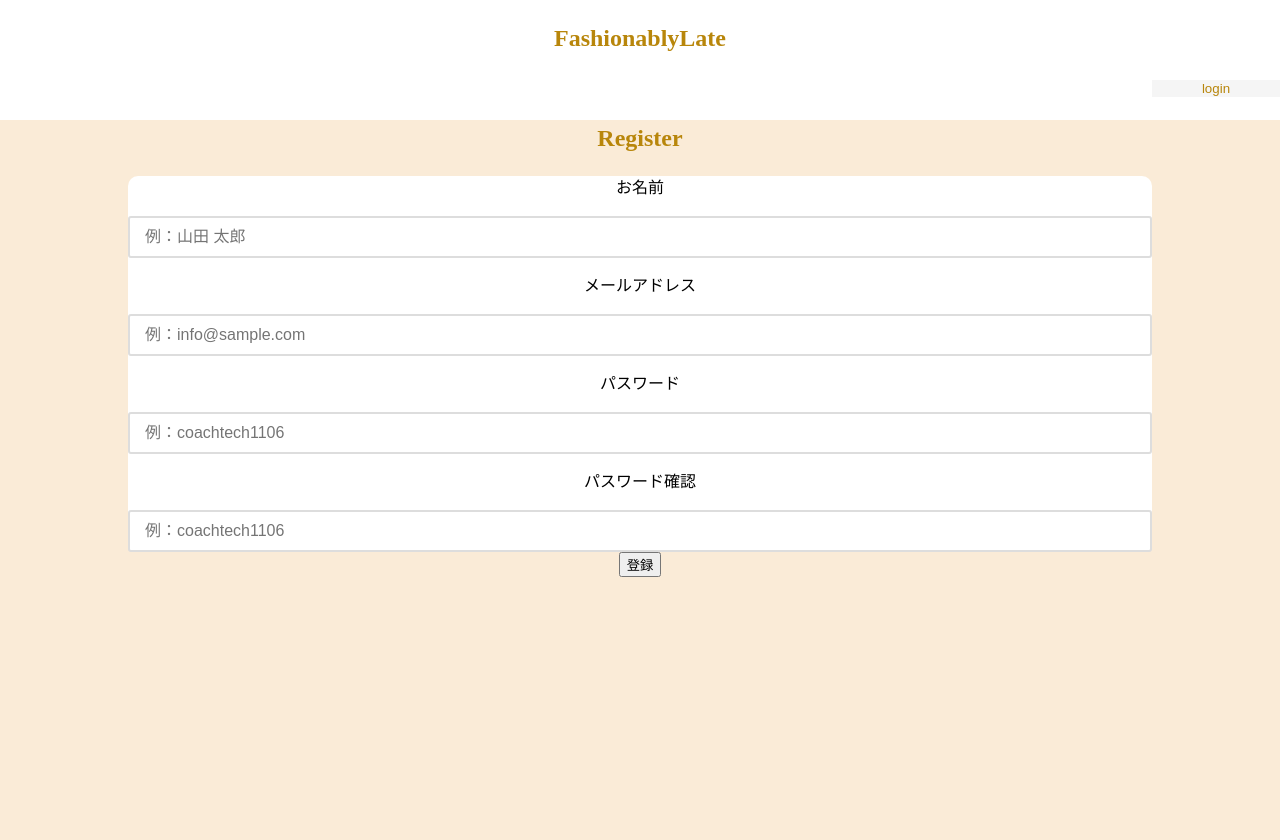
Repository: tokisiro/test-form
Page: http://localhost/register
An editor plug-in stored every save of this project. The page is shown before and after the next save, followed by the edit.
The browser window is 1280 px wide. The pictures show the whole page.
The page is served by the project's Laravel application, run on PHP 8.4 with Laravel 8. A made-up administrator, Test User (test@example.com), is signed in.

Above is the page before, as saved 2025-05-07 21:06:44.

After the next save:
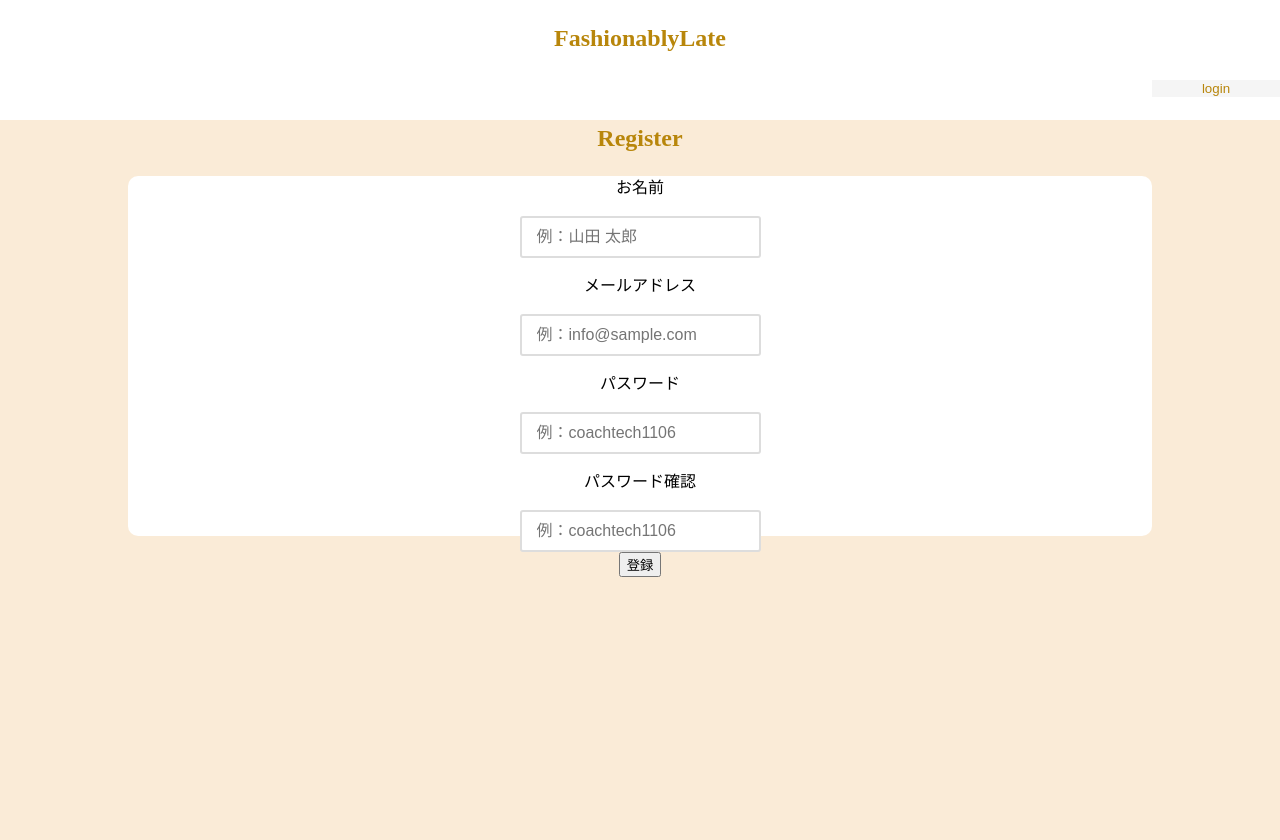
Saved 30 s later.
--- a/src/public/css/register.css
+++ b/src/public/css/register.css
@@ -58,8 +58,6 @@
 
 }
 input{
-    width: 100%;
-        /*親要素いっぱい広げる*/
         padding: 10px 15px;
         /*ボックスを大きくする*/
         font-size: 16px;
